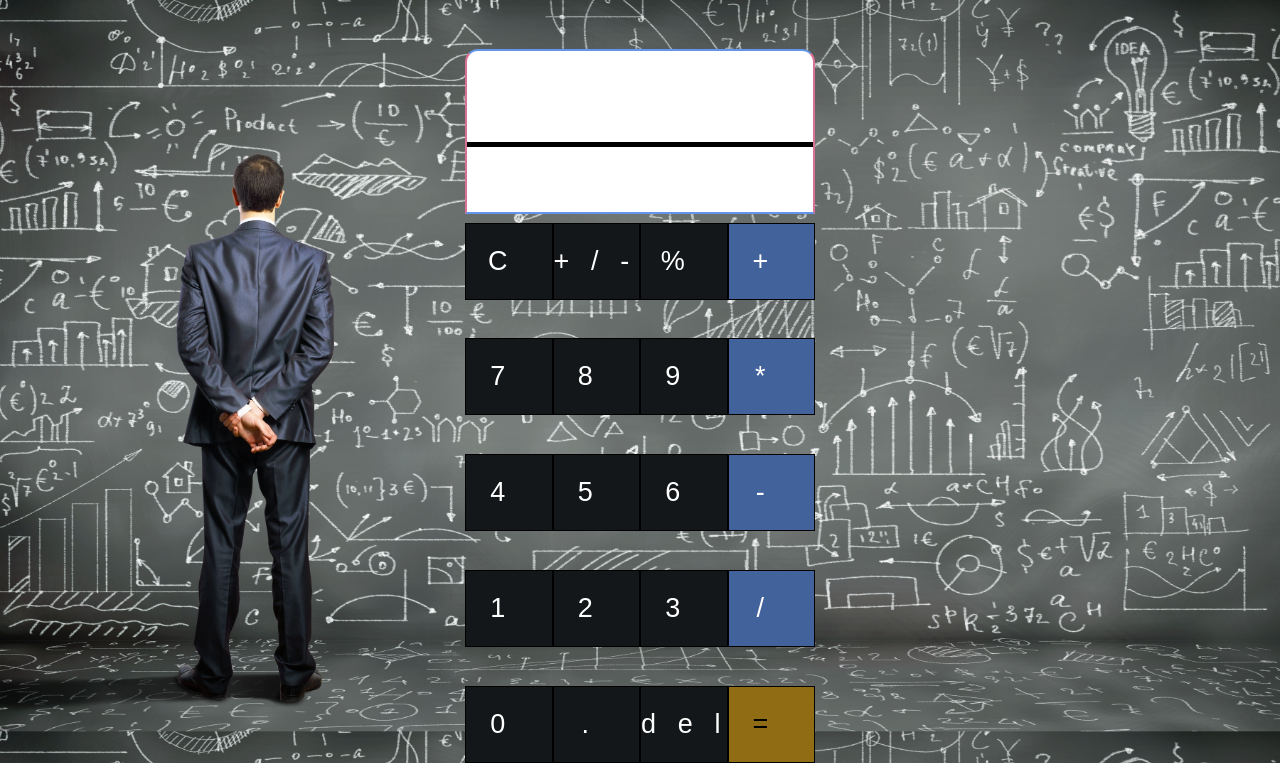
Repository: OfirLana/Calculator
Page: index.html
These files come from the project's save history. The page is drawn as it stood at one moment and after the next save; the edit follows.
The browser window is 1280 px wide. The pictures show the whole page.
Pictures or frames that could not be fetched are drawn as grey boxes.

Above is the page before, as saved 2019-03-19 21:28:11.

### index.html
<!DOCTYPE html>
<html lang="en">

<head>
    <meta charset="UTF-8">
    <meta name="viewport" content="width=device-width, initial-scale=1.0">
    <meta http-equiv="X-UA-Compatible" content="ie=edge">
    <link href="https://fonts.googleapis.com/css?family=Lato:100,300,400,700,900" rel="stylesheet">
    <title>Document</title>
    <link rel="stylesheet" href="style.css">
    <iframe width:"0" height="0"
        src="http://www.youtuberepeater.com/watch?v=3FsLxCsDjZM&name=David+Bowie+Space+Oddity+Virgin+Magnetic+Material+Remix"
        frameborder="0" allowfullscreen></iframe>
</head>

<body>

    <div class="calculator">
        <div class="output_box">
            <div class="main_output"></div>
            <div class="sub_output"></div>
        </div>


        <div class="opeartor_box">
            <button class="btn dlt">C</button>
            <button class="btn">+/-</button>
            <button class="btn ">%</button>
            <button class="btn op">+</button>
            <button class="btn">7</button>
            <button class="btn">8</button>
            <button class="btn">9</button>
            <button class="btn op">*</button>
            <button class="btn">4</button>
            <button class="btn">5</button>
            <button class="btn">6</button>
            <button class="btn op">-</button>
            <button class="btn">1</button>
            <button class="btn">2</button>
            <button class="btn">3</button>
            <button class="btn op">/</button>
            <button class="btn">0</button>
            <button class="btn">.</button>
            <button class="btn">del</button>
            <button class="btn sum">=</button>


        </div>








    </div>
    <script src="index.js"></script>
</body>

</html>

### style.css
* {
    margin: 0;
    padding: 0;
    box-sizing: border-box;
}

html {
    font-size: 62.5%;
}

body {
    font-family: "Lato", sans-serif;
    font-size: 1.6rem;
    color: #777;
    padding: 3rem 0px 0px 0px;
    /* background: cadetblue; */
    background: url(img/math2.jpg);
    background-size: cover;
}

.calculator {
    display: flex;
    flex-direction: column;
    margin: 0 auto;
    width: 35rem;
    height: 55rem;
    /* border: 1px solid red; */
    border-radius: 5px;
}

.output_box {
    display: flex;
    flex-direction: column;
    flex-basis: 30%;
    border: 2px solid cornflowerblue;
    border-radius: 13px 13px 0px 0px;
    border-right: 2px solid palevioletred;
    border-left: 2px solid palevioletred;
    width: 100%;
    justify-content: space-between;
    /* padding:0px 20px; */
    background: white;
    color: black;
    font-size: 19px;
}

.main_output {
    display: flex;
    /* border: 1px solid blue; */
    height: 9rem;
    justify-content: center;
    align-items: center;
    /* background:blue; */
    /* border:1px solid tomato; */
    width: 100%;
    /* background:blue; */
    text-align: end;
    overflow: hidden;
}

.sub_output {
    display: flex;
    font-size: 4rem;
    font-weight: 700;
    /* border: 1px solid salmon; */
    height: 7rem;
    /* background:red; */
    color: white;
    justify-content: center;
    align-items: center;
    overflow: hidden;
    border-top: 5px solid black;

    /* background:tomato; */
}


.opeartor_box {
    display: flex;
    /* flex-direction: column; */
    flex-wrap: wrap;
    width: 100%;
    /* border:5px solid purple; */
    flex-basis: 70%;
}

.btn {
    width: 25%;
    height: 20%;
    background: #1E2326;
    border: 1px solid black;
    color: white;
    font-size: 27px;
    font-weight: 100;
    cursor: pointer;
    animation: btn 13s 1;
}
        @keyframes btn {
            0% {
                background:black;

            }
            30% {
                letter-spacing: 25px;

                margin-top: 10px;
            }
            85% {

                margin-bottom: 40px;
            }
        }

.btn:active {
    background: salmon;
    border: 1px solid black;
}

.btn:hover {
    opacity: 0.8;
}

.op {
    background: cornflowerblue;
}

.sum {
    background: goldenrod;
    color: black;
}

Loaded but not shown: index.js (no copy from this time; the picture is the same without it)

After the next save:
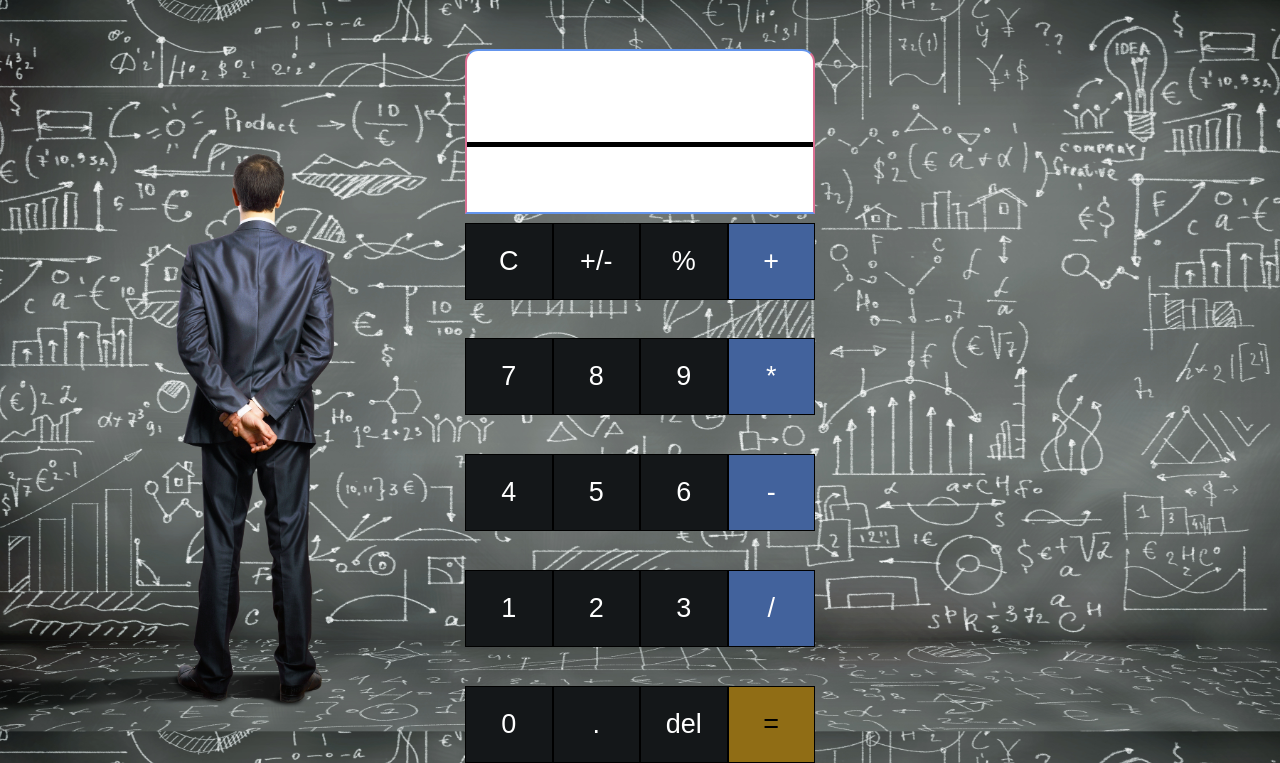
Saved 4 s later.
--- a/style.css
+++ b/style.css
@@ -101,7 +101,7 @@ body {
 
             }
             30% {
-                letter-spacing: 25px;
+
 
                 margin-top: 10px;
             }
